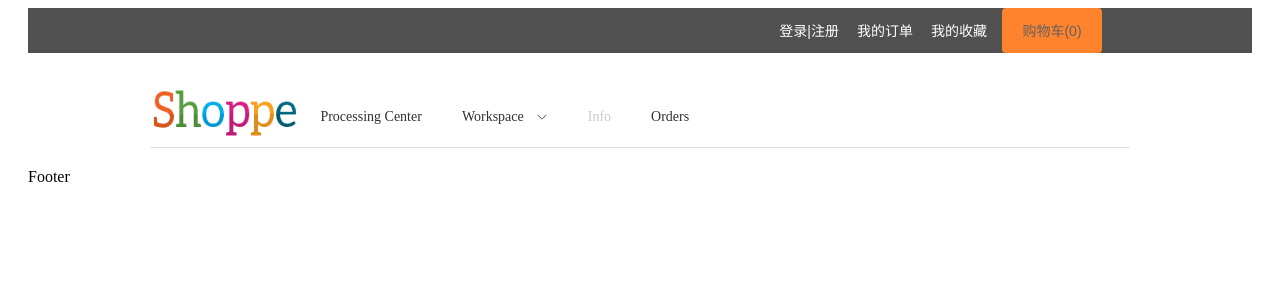
Repository: zhenghaochang/---
Page: / (app in xiaomi/)
The author's editor kept a copy of each file at every save. The page is drawn from the files as they stood at one save, then again after the next save.
The browser window is 1280 px wide. The pictures show the whole page.
The project was rebuilt for these pictures with package versions that can differ from the ones it lists, and the page was loaded fresh each time. Also part of the build but not shown: xiaomi/vite.config.js.

Above is the page before, as saved 2025-07-31 10:20:58.

### xiaomi/src/main.js
import { createApp } from 'vue';
import ElementPlus from 'element-plus';
import 'element-plus/dist/index.css';
import router from './router/router';
import App from './App.vue';
import * as ElementPlusIconsVue from '@element-plus/icons-vue';
import { createPinia } from 'pinia';
import piniaPluginPersistedstate from 'pinia-plugin-persistedstate'
const app = createApp(App);
const pinia = createPinia();
pinia.use(piniaPluginPersistedstate)
app.use(pinia);
for (const [key, component] of Object.entries(ElementPlusIconsVue)) {
    app.component(key, component);
}
app.use(router);
app.use(ElementPlus);
app.mount('#app');

### xiaomi/src/router/router.js
import {createRouter,createWebHashHistory} from 'vue-router'

let router = createRouter({
    history:createWebHashHistory(),
    routes:[
        {
            path:"/",
            component:()=>import('../components/main.vue')
        }
    ]
})

export default router

### xiaomi/src/App.vue
<script setup>
import Menu from '../src/components/menu.vue'


</script>

<template>
    <div>
        <el-container>
            <el-header class="header"><Menu></Menu></el-header>
            <el-main class="main"><router-view></router-view></el-main>
            <el-footer>Footer</el-footer>
        </el-container>
    </div>
</template>

<style scoped>
.header{
/*     background-color: blue; */
    width:100%
}
/* .main{
    background-color: blue;
    width: 100%;
    display:flex;
    flex-direction: column;
    justify-content: center;
} */
</style>

### xiaomi/src/components/main.vue
<script setup>
import logo from '../assets/img/logo.png'

</script>

<template>
    <div class="base_div">
        <div style="width:80%">
            <el-menu
                :default-active="activeIndex"
                class="el-menu-demo"
                mode="horizontal"
                @select="handleSelect"

            >
            <div>

            </div>
                <div>
                    <img style="width:150px;height:50px;margin-right:" :src="logo" alt="">
                </div>
                <el-menu-item index="1">Processing Center</el-menu-item>
                <el-sub-menu index="2">
                <template #title>Workspace</template>
                <el-menu-item index="2-1">item one</el-menu-item>
                <el-menu-item index="2-2">item two</el-menu-item>
                <el-menu-item index="2-3">item three</el-menu-item>
                <el-sub-menu index="2-4">
                    <template #title>item four</template>
                    <el-menu-item index="2-4-1">item one</el-menu-item>
                    <el-menu-item index="2-4-2">item two</el-menu-item>
                    <el-menu-item index="2-4-3">item three</el-menu-item>
                </el-sub-menu>
                </el-sub-menu>
                <el-menu-item index="3" disabled>Info</el-menu-item>
                <el-menu-item index="4">Orders</el-menu-item>
            </el-menu>
        </div>
    </div>
</template>

<style scoped>
.base_div{
    width: 100%;
    display:flex;
    flex-direction: column;
    align-items:center;
}
</style>

### xiaomi/src/components/menu.vue
<script setup>
import {ref,reactive} from 'vue'
import request from '../request/index'
import { ElMessage } from 'element-plus'
import {useUserStore} from '../store/index'


const store = useUserStore()


const loginVisible = ref(false)
const registVisible = ref(false)

const loginForm = ref({
    username:'',
    password:''
})

const registForm = ref({
    username:'',
    password:'',
    rePassword:'',
    name:''
})

const user = ref({
    id:0,
    username:'',
    name:'',
    numInCart:0,
    token:''
})

const loginFormRef = ref()
const registFormRef = ref()

const validateUsername = (rule,value,callback)=>{
    if(value.length==0){
      callback(new Error("用户名不能为空"))
    }else{
      callback()
    }
  }

  const validatePassword = (rule,value,callback)=>{
    if(value.length<4){
      callback(new Error("密码小于4位"))
    }else{
      callback()
    }
  }

  const validateRePassword = (rule,value,callback)=>{
    if(value.length<4){
      callback(new Error("密码小于4位"))
    }else{
      if(value != registForm.value.password){
        callback(new Error("密码不一致"))
      }else{
        callback()
      }
    }
  }

  const rules = {
    username:[{required:true,message:'用户名不能为空',validator:validateUsername}],
    password:[{required:true,message:'密码必须大于4位',validator:validatePassword}],
    rePassword:[{required:true,validator:validateRePassword}]
  }


async function login(){
    const valid = await loginFormRef.value.validate
    if(valid){
        let {data} = await request.post("/user/login",loginForm.value)
        if(data.code == 200){
            ElMessage.success('登录成功')
            user.value = data.data
            store.changeInfo(user.value)
            loginVisible.value = false
        }else{
            ElMessage.error(data.msg)
        }
    }
}

async function regist(){
    const valid = await registFormRef.value.validate
    if(valid){
        let {data} = await request.post("/user/regist",registForm.value)
        if(data.code == 200){
            ElMessage.success('注册成功')
            registVisible.value = false
            loginVisible.value = true
        }else{
            ElMessage.error(data.msg)
        }
    }
}

</script>

<template>
    <div class="base_div">
        <el-button color="rgb(80,80,80)" @click="loginVisible = true" v-if="store.id==0" link>登录|注册</el-button>
        <div style="display:flex;align-items:center;margin-right:10px" v-else>
            <el-button color="rgb(80,80,80)" link>欢迎{{store.name}}</el-button>
            <el-button color="rgb(80,80,80)" @click="()=>{store.logout(),ElMessage.success('已退出')}" link>退出登录</el-button>
        </div>
        <el-button color="rgb(80,80,80)" link>我的订单</el-button>
        <el-button color="rgb(80,80,80)" link>我的收藏</el-button>
        <el-button  style="background-color:rgb(255,130, 45);margin-right:150px;width:100px"  link>购物车({{store.numInCart}})</el-button>

        <!-- 登录窗口 -->
        <el-dialog v-model="loginVisible"  title="登录" width="300">
            <el-form :model="loginForm" ref="loginFormRef" :rules="rules">
                <el-form-item label="用户名" prop="username" :label-width="70">
                    <el-input v-model="loginForm.username" autocomplete="off" />
                </el-form-item>
                <el-form-item label="密码" prop="password" :label-width="70">
                    <el-input v-model="loginForm.password" autocomplete="off" type="password" show-password />
                </el-form-item>
            </el-form>
            <template #footer>
                <div style="display:flex;justify-content:space-between;align-items:center">
                    <el-button type="warning" @click="registVisible = true">注册</el-button>
                    <div>
                        <el-button @click="loginVisible = false">取消</el-button>
                        <el-button type="primary" @click="login">
                        登录
                        </el-button>
                    </div>

                </div>
            </template>
        </el-dialog>
        <!-- 登录窗口END -->
        <!-- 注册窗口 -->
        <el-dialog v-model="registVisible"  title="注册" width="350">
            <el-form :model="registForm" ref="registFormRef" :rules="rules">
                <el-form-item label="用户名" prop="username" :label-width="80">
                    <el-input v-model="registForm.username" autocomplete="off" />
                </el-form-item>
                <el-form-item label="密码" prop="password" :label-width="80">
                    <el-input v-model="registForm.password" autocomplete="off" type="password" show-password />
                </el-form-item>
                <el-form-item label="确认密码" prop="rePassword" :label-width="80">
                    <el-input v-model="registForm.rePassword" autocomplete="off" type="password" show-password />
                </el-form-item>
                <el-form-item label="姓名"  :label-width="80">
                    <el-input v-model="registForm.name" autocomplete="off"  />
                </el-form-item>
            </el-form>
            <template #footer>
                <div style="">
                    <div>
                        <el-button @click="registVisible = false">取消</el-button>
                        <el-button type="primary" @click="regist">
                        注册
                        </el-button>
                    </div>

                </div>
            </template>
        </el-dialog>
        <!-- 注册窗口END -->
    </div>
</template>

<style scoped>
.base_div{
    background-color:rgb(80,80,80);
    width:100%;
    height:45px;
    display: flex;
    justify-content:flex-end;
}
</style>

### xiaomi/src/request/index.js
import axios from 'axios'


const request = axios.create({
    baseURL:'http://localhost:8080',
    timeout:10000
})









export default request

### xiaomi/src/store/index.js
import {defineStore} from 'pinia'

const user = {
    id:0,
    username:'',
    name:'',
    numInCart:0,
    token:''
}

export const useUserStore = defineStore('userInfo',{
    state:()=>({
        id:0,
        username:'',
        name:'',
        numInCart:0,
        token:''
    }),
    getters:{},
    actions:{
        changeInfo(user){
            this.id = user.id,
            this.username = user.username,
            this.name = user.name,
            this.numInCart = user.numInCart,
            this.token = user.token
        },
        logout(){
            this.id = 0,
            this.username = '',
            this.name = '',
            this.numInCart = 0,
            this.token = ''
        }
    },
    persist: true
}
)

Loaded but not shown: xiaomi/index.html (common file)

After the next save:
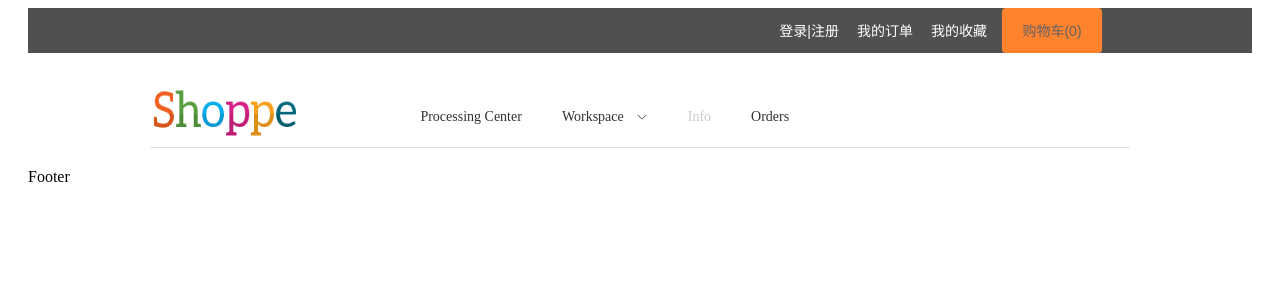
Saved 10 s later.
--- a/xiaomi/src/components/main.vue
+++ b/xiaomi/src/components/main.vue
@@ -17,7 +17,7 @@ import logo from '../assets/img/logo.png'
 
             </div>
                 <div>
-                    <img style="width:150px;height:50px;margin-right:" :src="logo" alt="">
+                    <img style="width:150px;height:50px;margin-right:100px" :src="logo" alt="">
                 </div>
                 <el-menu-item index="1">Processing Center</el-menu-item>
                 <el-sub-menu index="2">
